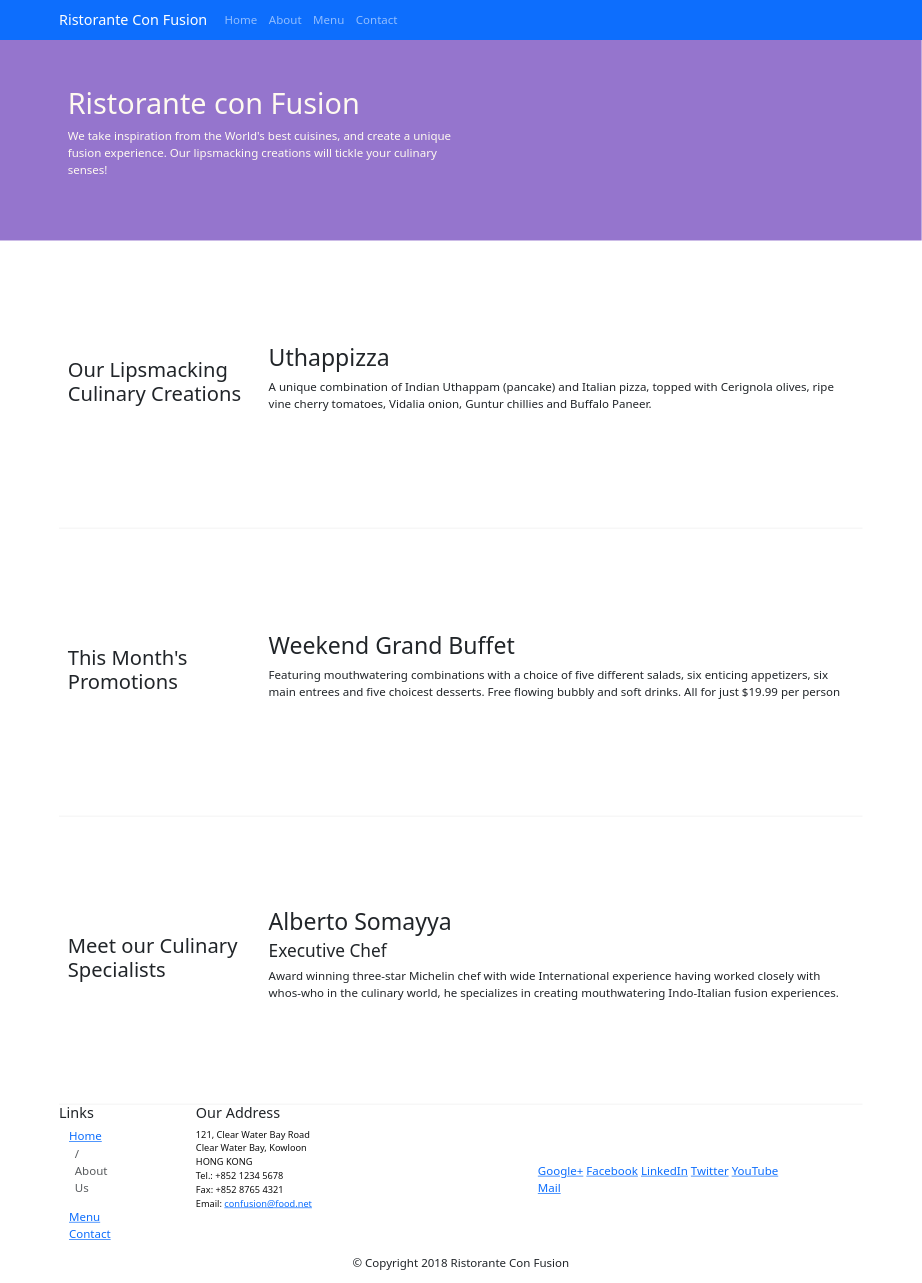
Repository: DungBuiTuan/FER201m
Page: index.html
An editor plug-in stored every save of this project. The page is shown before and after the next save, followed by the edit.
The browser window is 1280 px wide. The pictures show the whole page, at 72% of full size.
Some web libraries are served in a nearby version.

Above is the page before, as saved 2023-05-17 08:10:41.

### index.html
<!DOCTYPE html>
<html lang="en">
  <head>
    <meta charset="utf-8" />
    <meta
      name="viewport"
      content="width=device-width, initial-scale=1, shrink-to-fit=no"
    />
    <meta http-equiv="x-ua-compatible" content="ie=edge" />
    <!-- Bootstrap CSS -->
    <link
      rel="stylesheet"
      href="node_modules/bootstrap/dist/css/bootstrap.min.css"
    />
    <link href="css/styles.css" rel="stylesheet" />

    <title>Ristorante Con Fusion</title>
  </head>

  <body>
    <nav class="navbar navbar-dark navbar-expand-sm bg-primary fixed-top">
      <div class="container">
        <button
          class="navbar-toggler"
          type="button"
          data-toggle="collapse"
          data-target="#Navbar"
        >
          <span class="navbar-toggler-icon"></span>
        </button>

        <a class="navbar-brand" href="#">Ristorante Con Fusion</a>
        <div class="collase navbar-collapse" id="Navbar">
            <ul class="navbar-nav mr-auto">
                <li class="nav-item active"><a class="nav-link" href="./index.html">Home</a></li>
                <li class="nav-item">
                  <a class="nav-link" href="./aboutus.html">About</a>
                </li>
                <li class="nav-item"><a class="nav-link" href="#">Menu</a></li>
                <li class="nav-item"><a class="nav-link" href="#">Contact</a></li>
              </ul>
        </div>
      </div>
    </nav>

    <header class="jumbotron">
      <div class="container">
        <div class="row row-header">
          <div class="col-12 col-sm-6">
            <h1>Ristorante con Fusion</h1>
            <p>
              We take inspiration from the World's best cuisines, and create a
              unique fusion experience. Our lipsmacking creations will tickle
              your culinary senses!
            </p>
          </div>
          <div class="col-12 col-sm"></div>
        </div>
      </div>
    </header>

    <div class="container">
      <div class="row row-content align-items-center">
        <div class="col-12 col-sm-4 col-md-3">
          <h3>Our Lipsmacking Culinary Creations</h3>
        </div>
        <div class="col col-sm col-md">
          <h2>Uthappizza</h2>
          <p>
            A unique combination of Indian Uthappam (pancake) and Italian pizza,
            topped with Cerignola olives, ripe vine cherry tomatoes, Vidalia
            onion, Guntur chillies and Buffalo Paneer.
          </p>
        </div>
      </div>

      <div class="row row-content align-items-center">
        <div class="col-12 col-sm-4 col-md-3">
          <h3>This Month's Promotions</h3>
        </div>
        <div class="col col-sm col-md">
          <h2>Weekend Grand Buffet</h2>
          <p>
            Featuring mouthwatering combinations with a choice of five different
            salads, six enticing appetizers, six main entrees and five choicest
            desserts. Free flowing bubbly and soft drinks. All for just $19.99
            per person
          </p>
        </div>
      </div>

      <div class="row row-content align-items-center">
        <div class="col-12 col-sm-4 col-md-3">
          <h3>Meet our Culinary Specialists</h3>
        </div>
        <div class="col col-sm col-md">
          <h2>Alberto Somayya</h2>
          <h4>Executive Chef</h4>
          <p>
            Award winning three-star Michelin chef with wide International
            experience having worked closely with whos-who in the culinary
            world, he specializes in creating mouthwatering Indo-Italian fusion
            experiences.
          </p>
        </div>
      </div>
    </div>

    <footer class="footer">
      <div class="container">
        <div class="row">
          <div class="col-4 col-sm-2">
            <h5>Links</h5>
            <ul class="col-4 offset-1 col-sm-2 list-unstyled">
                <ol class="col-12 breadcrumb">
                    <li class="breadcrumb-item"><a href="./index.html">Home</a></li>
                    <li class="breadcrumb-item active">About Us</li>
    </ol>

              <li><a href="#">Menu</a></li>
              <li><a href="#">Contact</a></li>
            </ul>
          </div>
          <div class="col-7 col-sm-5">
            <h5>Our Address</h5>
            <address>
              121, Clear Water Bay Road<br />
              Clear Water Bay, Kowloon<br />
              HONG KONG<br />
              Tel.: +852 1234 5678<br />
              Fax: +852 8765 4321<br />
              Email: <a href="mailto:confusion@food.net">confusion@food.net</a>
            </address>
          </div>
          <div class="col-12 col-sm-4 align-self-center">
            <div>
              <a href="http://google.com/+">Google+</a>
              <a href="http://www.facebook.com/profile.php?id=">Facebook</a>
              <a href="http://www.linkedin.com/in/">LinkedIn</a>
              <a href="http://twitter.com/">Twitter</a>
              <a href="http://youtube.com/">YouTube</a>
              <a href="mailto:">Mail</a>
            </div>
          </div>
        </div>
        <div class="row justify-content-center">
          <div class="col-auto">
            <p>© Copyright 2018 Ristorante Con Fusion</p>
          </div>
        </div>
      </div>
    </footer>
    <!-- jQuery first, then Popper.js, then Bootstrap JS. -->
    <script src="node_modules/jquery/dist/jquery.slim.min.js"></script>
    <script src="node_modules/popper.js/dist/umd/popper.min.js"></script>
    <script src="node_modules/bootstrap/dist/js/bootstrap.min.js"></script>
  </body>
</html>

### css/styles.css
body{
    padding:50px 0px 0px 0px;
    z-index:0;
}

.navbar-dark {
     background-color: #512DA8;
}

.row-header{
    margin:0px auto;
    padding:0px;
}

.row-content {
    margin:0px auto;
    padding: 50px 0px 50px 0px;
    border-bottom: 1px ridge;
    min-height:400px;
}
•
.footer{
    background-color: #D1C4E9;
    margin:0px auto;
    padding: 20px 0px 20px 0px;
}

.jumbotron {
    padding:70px 30px 70px 30px;
    margin:0px auto;
    background: #9575CD ;
    color:floralwhite;
}

address{
    font-size:80%;
    margin:0px;
    color:#0f0f0f;
}

After the next save:
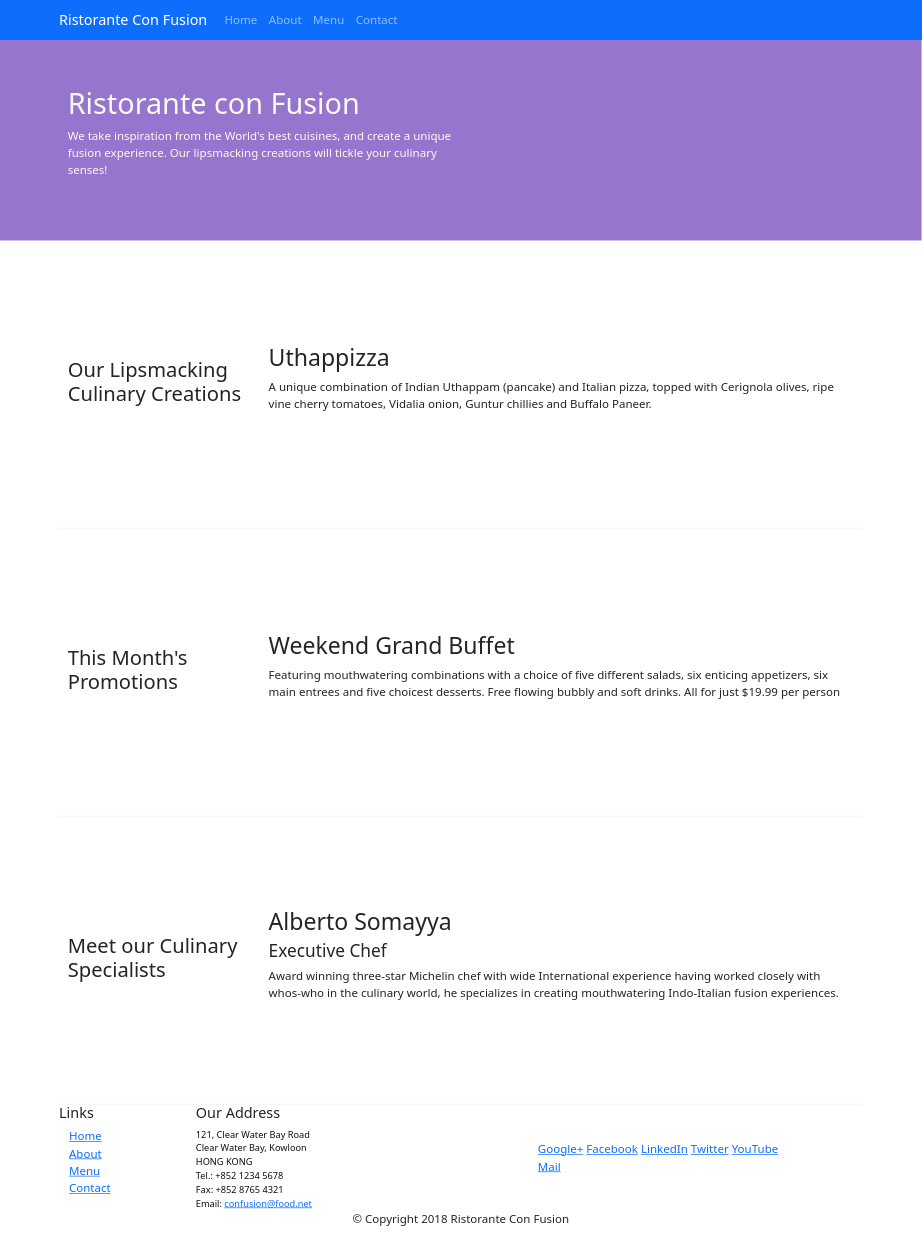
Saved 45 s later.
--- a/index.html
+++ b/index.html
@@ -112,11 +112,8 @@
           <div class="col-4 col-sm-2">
             <h5>Links</h5>
             <ul class="col-4 offset-1 col-sm-2 list-unstyled">
-                <ol class="col-12 breadcrumb">
-                    <li class="breadcrumb-item"><a href="./index.html">Home</a></li>
-                    <li class="breadcrumb-item active">About Us</li>
-    </ol>
-
+              <li><a href="BTgrid.html">Home</a></li>
+              <li><a href="#">About</a></li>
               <li><a href="#">Menu</a></li>
               <li><a href="#">Contact</a></li>
             </ul>
